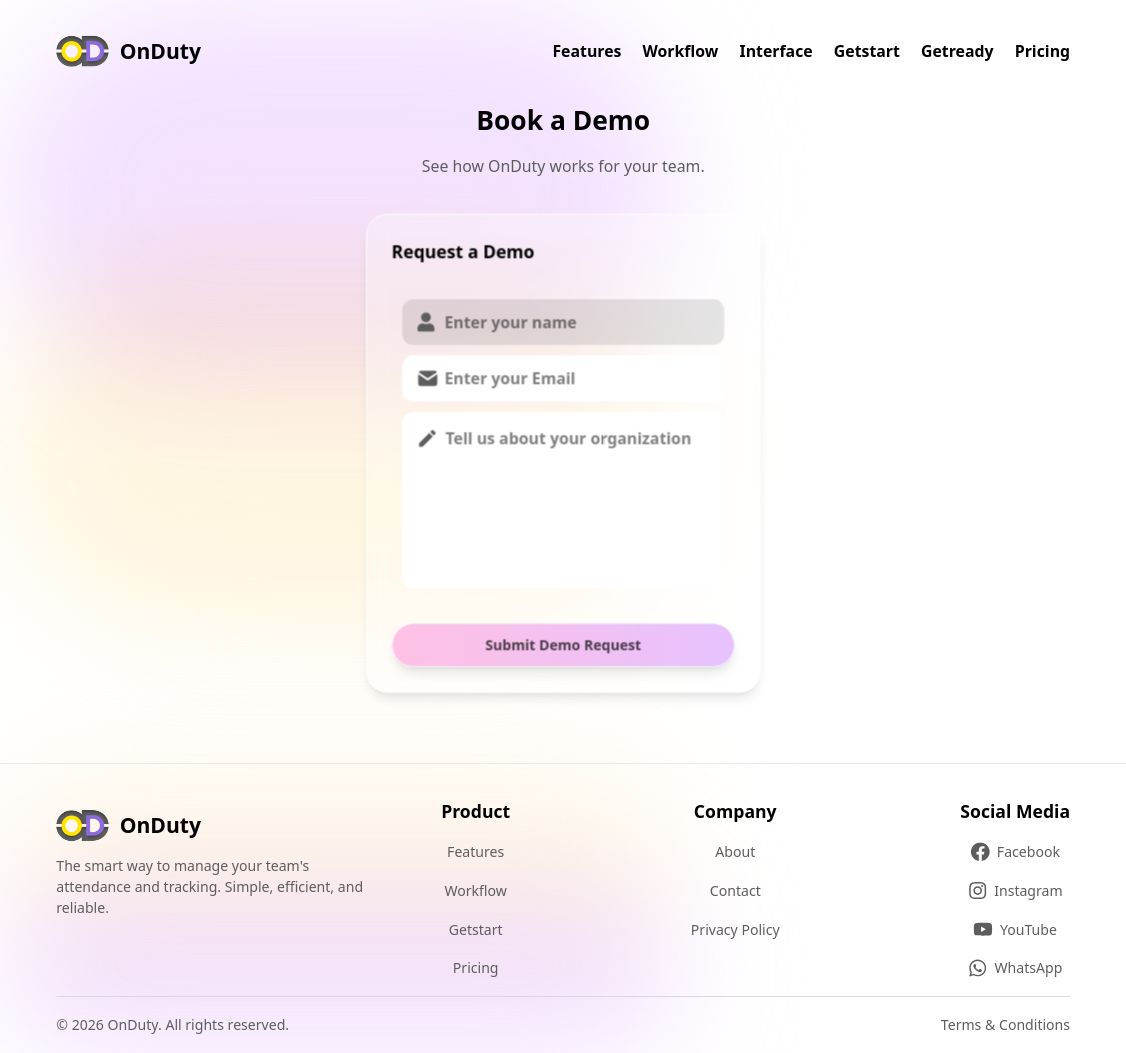
Repository: shekharzorin/ONDUTY-V1
Page: /bookdemo
The author's editor kept a copy of each file at every save. The page is drawn from the files as they stood at one save, then again after the next save.
The browser window is 1280 px wide. The pictures show the whole page, at 88% of full size.
The project was rebuilt for these pictures with package versions that can differ from the ones it lists, and the page was loaded fresh each time. The framework's server and built-in components were replaced by stand-ins that run in the browser. Also part of the build but not shown: next.config.mjs, vite.config.js, app/components/ui/Crossicon.tsx.

Above is the page before, as saved 2026-01-17 17:05:04.

After the next save:
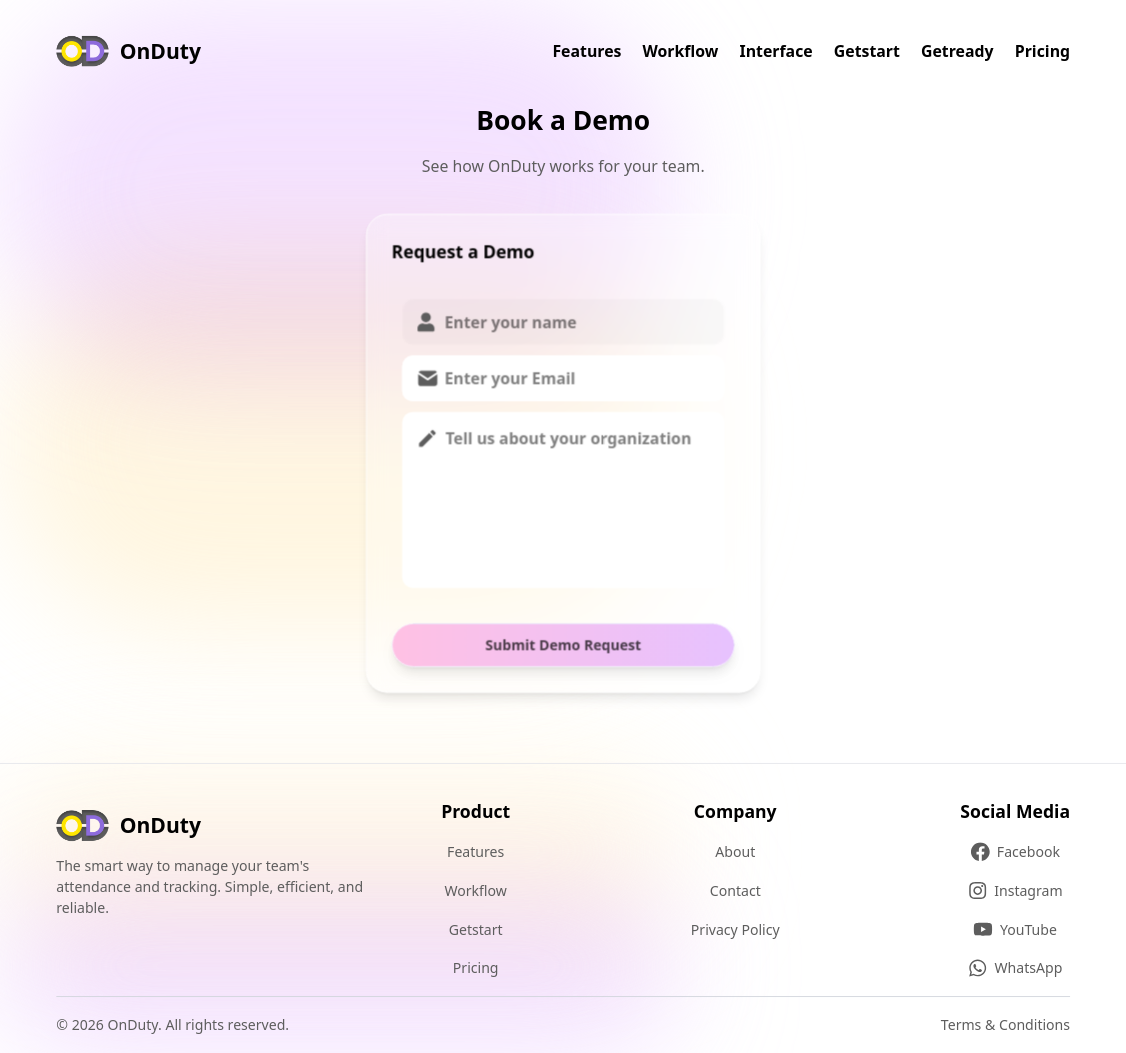
Saved 8 s later.
--- a/app/components/sections/bookdemo.tsx
+++ b/app/components/sections/bookdemo.tsx
@@ -54,7 +54,7 @@ const Bookdemo = () => {
             value={form.name}
             onChange={(v) => handleChange("name", v)}
             placeholder="Enter your name"
-            className="rounded-xl bg-black/5 font-semibold md:text-lg text-black"
+            className="rounded-xl bg-black/1 font-semibold md:text-lg text-black"
           />
           <Inputbox
             icon={<TbMailFilled size={26} />}
